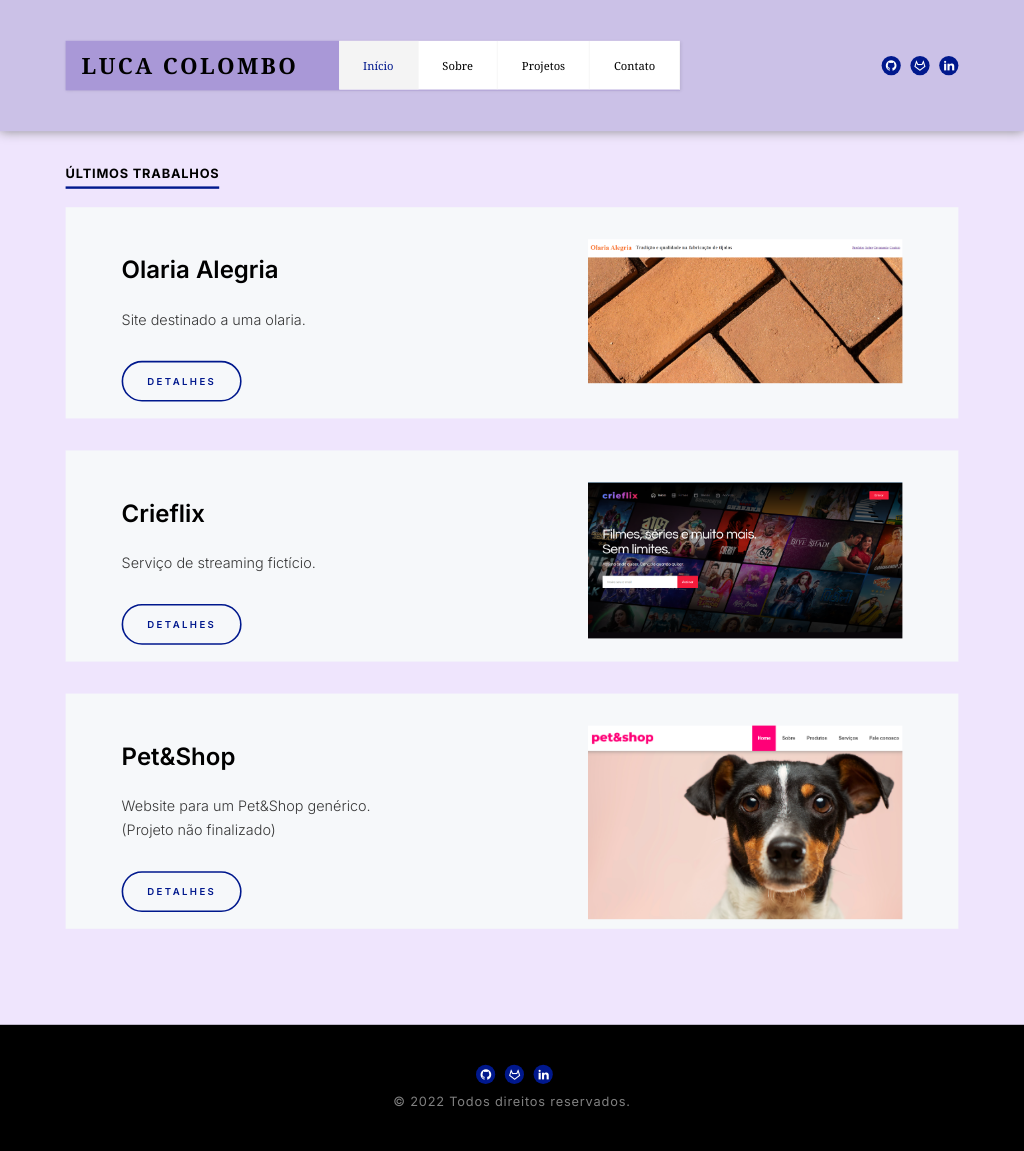
Repository: lxcxcxlxmb/portfolio
Page: projetos.html
An editor plug-in stored every save of this project. The page is shown before and after the next save, followed by the edit.
The browser window is 1280 px wide. The pictures show the whole page, at 80% of full size.
The pointer rests on the first visible `.header li a`.

Above is the page before, as saved 2022-05-25 22:42:49.

### projetos.html
<!doctype html>
<html lang="pt-BR">

<head>
  <!-- Required meta tags -->
  <meta charset="utf-8">
  <meta name="viewport" content="width=device-width, initial-scale=1">
  <!-- Google Fots -->
  <link rel="preconnect" href="https://fonts.googleapis.com">
  <link rel="preconnect" href="https://fonts.gstatic.com" crossorigin>
  <link href="https://fonts.googleapis.com/css2?family=Inter:wght@100;200;300;400;500;600;700;800;900&display=swap"
    rel="stylesheet">
  <!-- Remixicon Icon -->
  <link href="https://cdn.jsdelivr.net/npm/remixicon@2.5.0/fonts/remixicon.css" rel="stylesheet">
  <!-- Remixicon Icon -->
  <!-- Bootstrap CSS -->
  <link href="https://cdn.jsdelivr.net/npm/bootstrap@5.0.2/dist/css/bootstrap.min.css" rel="stylesheet"
    integrity="sha384-EVSTQN3/azprG1Anm3QDgpJLIm9Nao0Yz1ztcQTwFspd3yD65VohhpuuCOmLASjC" crossorigin="anonymous">
  <link href="https://unpkg.com/aos@2.3.1/dist/aos.css" rel="stylesheet">
  <!-- Main CSS -->
  <link href="styles.css" rel="stylesheet">
  <link rel="stylesheet" href="reset.css">
  <link type="image/svg" sizes="16x16" rel="icon" href="euicon.png">

  <title>projetos</title>
</head>

<body>

  <!-- header -->
  <header class="ds-header" id="site-header">
    <div class="container">
      <div class="ds-header-inner">
        <!-- logo -->
        <a href="index.html" class="ds-logo">
          <span>L</span>Luca Colombo
        </a>
        <!-- logo -->
        <!--<div>
                <nav>
                    <ul>
                      <li class="ds-navbar"><a href="index.html" class="activ">Início</a></li>
                      <li class="ds-navbar"><a href="sobre.html" class="inactiv">Sobre</a></li>
                      <li class="ds-navbar"><a href="projetos.html" class="inactiv">Projetos</a></li>
                      <li class="ds-navbar"><a href="contato.html" class="inactiv">Fale comigo</a></li>
                    </ul>
                </nav>
            </div>-->
        <div class="header">
          <a href="index.html" class="logo">Luca Colombo</a>
          <input class="menu-btn" type="checkbox" id="menu-btn" />
          <label class="menu-icon" for="menu-btn"><span class="navicon"></span></label>
          <ul class="menu">
            <li><a href="index.html">Início</a></li>
            <li><a href="sobre.html">Sobre</a></li>
            <li><a href="projetos.html">Projetos</a></li>
            <li><a href="contato.html">Contato</a></li>
          </ul>
        </div>
        <!-- social -->
        <ul class="ds-social">
          <li><a href="https://github.com/lxcxcxlxmb" target="_blank"><i class="ri-github-fill"></i></a></li>
          <li><a href="https://gitlab.com/lxcxcxlxmbx" target="_blank"><i class="ri-gitlab-line"></i></a></li>
          <li><a href="https://www.linkedin.com/in/luca--colombo/" target="_blank"><i class="ri-linkedin-fill"></i></a>
          </li>
        </ul>
              <!-- social -->
      </div>
    </div>
  </header>
  <!--  Work -->
  <br>
  <br>
  <div class="ds-work-section">
    <div class="container">
      <h2 class="ds-headingproj">Últimos trabalhos</h2>
      <div class="ds-work-list-section">
        <div class="ds-work-list">
          <div class="row">
            <div class="col-12 col-sm-12 col-md-7 col-lg-7 col-xl-7 col-xxl-7">
              <section>
                <h3 class="ds-work-tilte">Olaria Alegria</h3>
                <p>Site destinado a uma olaria. </p>
                <a href="http://177.44.248.48/olaria/" class="ds-button">Detalhes</a>
                <br>
                <br>
              </section>
            </div>
            <div class="col-12 col-sm-12 col-md-5 col-lg-5 col-xl-5 col-xxl-5">
              <figure><img src="olaria.png"></figure>
            </div>
          </div>
        </div>
        <div class="ds-work-list">
          <div class="row">
            <div class="col-12 col-sm-12 col-md-7 col-lg-7 col-xl-7 col-xxl-7">
              <section>
                <h3 class="ds-work-tilte">Crieflix</h3>
                <p>Serviço de streaming fictício. </p>
                <a href="http://177.44.248.48/crieflix/" class="ds-button">Detalhes</a>
                <br>
                <br>
              </section>
            </div>
            <div class="col-12 col-sm-12 col-md-5 col-lg-5 col-xl-5 col-xxl-5">
              <figure><img src="crieflix.png"></figure>
            </div>
          </div>
        </div>
        <div class="ds-work-list">
          <div class="row">
            <div class="col-12 col-sm-12 col-md-7 col-lg-7 col-xl-7 col-xxl-7">
              <section>
                <h3 class="ds-work-tilte">Pet&Shop</h3>
                <p>Website para um Pet&Shop genérico.<br>(Projeto não finalizado)</p>
                <a href="http://177.44.248.48/petshop/" class="ds-button">detalhes</a>
                <br>
                <br>
              </section>
            </div>
            <div class="col-12 col-sm-12 col-md-5 col-lg-5 col-xl-5 col-xxl-5">
              <figure><img src="petshop.png"></figure>
            </div>
          </div>
        </div>
      </div>
    </div>
  </div>
  <!--  Work -->
  <footer class="ds-footer text-center">
    <div class="container">
      <section>
        <ul class="ds-social">
          <li><a href="https://github.com/lxcxcxlxmb" target="_blank"><i class="ri-github-fill"></i></a></li>
          <li><a href="https://gitlab.com/lxcxcxlxmbx" target="_blank"><i class="ri-gitlab-line"></i></a></li>
          <li><a href="https://www.linkedin.com/in/luca--colombo/" target="_blank"><i class="ri-linkedin-fill"></i></a>
          </li>
        </ul>
      </section>
      <span class="ds-copyright">© 2022 Todos direitos reservados.</span>
    </div>
  </footer>

</body>

</html>

### styles.css
/*
Theme Name: Jason Stroff

  1. >>> Headr Style
  2. >>> Banner Style
  3. >>> About Style
  4. >>> Skills Style
  5. >>> Experience Style
  6. >>> Work Style
  7. >>> Footer Style

*/
/*--------------------------------------------------------------
>>> TABLE OF CONTENTS:
----------------------------------------------------------------*/
html {
	font-family: 'Inter', sans-serif;
	background-color: #EFE5FD
}

body {
	font-family: 'Inter', sans-serif;
	overflow-x: hidden;
	background-color: #EFE5FD;
	font-weight: 400;
	font-style: normal;
	color: #373737;
	font-size: 14px
}

a,
a:hover,
a:focus,
i,
input,
button,
input:focus,
.transition {
	text-decoration: none;
	outline: none;
	transition-delay: 0s;
	transition-duration: 0.4s;
	transition-property: all;
	transition-timing-function: ease;
	box-shadow: none;
}

a {
	color: #000
}

iframe {
	border: 0;
	outline: none;
}

::-moz-selection {
	background: #000;
	text-shadow: none;
	color: #FFF
}

::selection {
	background: #000;
	text-shadow: none;
	color: #FFF
}

img {
	max-width: 100%;
	border: none;
	outline: none;
	height: auto;
}

input,
textarea {
	border-radius: 0;
	resize: none;
}

ul {
	padding: 0;
	margin: 0;
}

@font-face {
	font-family: 'Inter', sans-serif;
}

input:-webkit-autofill,
textarea:-webkit-autofill,
select:-webkit-autofill {
	background-color: transparent;
	background-image: none;
	color: #000;
}

/* 1.2 Typography */
h1,
h2,
h3,
h4,
h5,
h6 {
	font-family: 'Inter', sans-serif;
}

figure {
	margin: 0
}

svg,
img {
	max-width: 100%;
	height: auto;
}

/*-----------------------------------------------------------------
  1. >>> Headr Style
----------------------------------------------------------------*/
.ds-header {
	position: relative;
	top: 0;
	width: 100%;
	z-index: 5;
	background-color: #CBC1E7;
	padding: 70px 0;
	transition-delay: 0s;
	transition-duration: 0.4s;
	transition-property: all;
	transition-timing-function: ease;
	box-shadow: 0 0 1em #858585;
	display: flex;
	align-items: center;
	justify-content: space-between;
}

.ds-header.ds-fixed-header {
	padding: 20px 0;
	box-shadow: 0px 0px 20px rgba(0, 0, 0, 0.25);
}

.ds-header-inner {
	display: flex;
	justify-content: space-between;
	align-items: center;
}

.logo {
	font-family:Georgia, 'Times New Roman', Times, serif;
	text-transform: uppercase;
	font-weight: bold;
	font-size: 18px;
	letter-spacing: 3px;
	color: #000;
	display: flex;
	align-items: center;
	flex-wrap: nowrap;
}

.logo span {
	display: flex;
	align-items: center;
	justify-content: center;
	width: 40px;
	height: 40px;
	background-color: #000;
	border-radius: 4px;
	color: #FFF;
	font-size: 22px;
	font-weight: 600;
	text-align: center;
}

.logo:hover {
	color: #00188D;
}

.ds-social {
	list-style: none;
	display: flex;
	align-items: center;
	flex-wrap: wrap;
}

.ds-social li {
	margin-left: 12px;
}

.ds-social li:first-child {
	margin-left: 0;
}

.ds-social li a {
	border-radius: 100%;
	color: #FFF;
	width: 24px;
	height: 24px;
	background-color: #00188D;
	display: flex;
	justify-content: center;
	align-items: center;
	text-align: center;
	font-size: 16px;
}

.ds-social li a:hover {
	background-color: #000;
	color: #FFF;
}

/*.ds-navbar {
	display: inline-block;
	color: #373737;
	font-size: 16px;
	padding: 10px 20px;
	background-color: #FFF;
	margin-right: 15px;
	margin-bottom: 15px;
	margin-top: 15px;
	font-weight: 500;
}*/


.header {
	background-color: #A998D7;
	box-shadow: 1px 1px 4px 0 rgba(0,0,0,.1);
	position: absolute;
	align-items: center;
	vertical-align: middle;
	width: 60%;
	z-index: 3;
  }

  .header ul {
	margin: 0;
	padding: 0;
	font-family:Georgia, 'Times New Roman', Times, serif;
	list-style: none;
	overflow: hidden;
	background-color: #fff;
  }

  .header li a {
	display: block;
	padding: 20px 20px;
	border-right: 1px solid #f4f4f4;
	text-decoration: none;
  }

  .header li a:hover,
  .header .menu-btn:hover {
	background-color: #f4f4f4;
	color: #00188D;
  }

  .header .logo {
	display: block;
	float: left;
	font-size: 2em;
	padding: 10px 20px;
	text-decoration: none;
  }

  /* menu */

  .header .menu {
	clear: both;
	max-height: 0;
	transition: max-height .2s ease-out;
  }

  /* menu icon */

  .header .menu-icon {
	cursor: pointer;
	display: inline-block;
	float: right;
	padding: 28px 20px;
	position: relative;
	user-select: none;
  }

  .header .menu-icon .navicon {
	background: #333;
	display: block;
	height: 2px;
	position: relative;
	transition: background .2s ease-out;
	width: 18px;
  }

  .header .menu-icon .navicon:before,
  .header .menu-icon .navicon:after {
	background: #333;
	content: '';
	display: block;
	height: 100%;
	position: absolute;
	transition: all .2s ease-out;
	width: 100%;
  }

  .header .menu-icon .navicon:before {
	top: 5px;
  }

  .header .menu-icon .navicon:after {
	top: -5px;
  }

  /* menu btn */

  .header .menu-btn {
	display: none;
  }

  .header .menu-btn:checked ~ .menu {
	max-height: 240px;
  }

  .header .menu-btn:checked ~ .menu-icon .navicon {
	background: transparent;
  }

  .header .menu-btn:checked ~ .menu-icon .navicon:before {
	transform: rotate(-45deg);
  }

  .header .menu-btn:checked ~ .menu-icon .navicon:after {
	transform: rotate(45deg);
  }

  .header .menu-btn:checked ~ .menu-icon:not(.steps) .navicon:before,
  .header .menu-btn:checked ~ .menu-icon:not(.steps) .navicon:after {
	top: 0;
  }

  /* 48em = 768px */

  @media (min-width: 48em) {
	.header li {
	  float: left;
	}
	.header li a {
	  padding: 20px 30px;
	}
	.header .menu {
	  clear: none;
	  float: right;
	  max-height: none;
	}
	.header .menu-icon {
	  display: none;
	}
  }

/*-----------------------------------------------------------------
  2. >>> Banner Style
----------------------------------------------------------------*/
.ds-banner section {
	padding-left: 70px;
	padding-right: 00px;
}

.ds-banner section h1 span {
	display: block;
	text-transform: uppercase;
	letter-spacing: 1px;
	font-weight: 500;
	font-size: 16px;
	padding-top: 30px;
}

.ds-banner section h1 {
	font-weight: 600;
	font-size: 48px;
	line-height: 60px;
	color: #000;
}

.ds-numbervalulist {
	list-style: none;
	display: flex;
	align-items: center;
	flex-wrap: wrap;
	margin: 0;
	padding: 0;
	margin-top: 60px;
}

.ds-numbervalulist li {
	margin-right: 60px;
}

.ds-numbervalulist li:last-child {
	margin-right: 0;
}

.ds-numbervalulist strong {
	display: block;
	color: #00188D;
	font-size: 36px;
	font-weight: 800;
}

.ds-numbervalulist span {
	font-size: 16px;
	letter-spacing: 1px;
}

/*-----------------------------------------------------------------
  3. >>> About Style
----------------------------------------------------------------*/
.ds-about-section {
	padding-top: 60px;
	padding-bottom: 0px;
}

.ds-heading {
	display: inline-block;
	font-weight: 700;
	color: #000;
	text-transform: uppercase;
	letter-spacing: 1px;
	font-size: 16px;
	border-bottom: 3px solid #00188D;
	padding-bottom: 7px;
	margin-bottom: 23px;
}

.ds-headingproj {
	display: inline-block;
	font-weight: 700;
	color: #000;
	text-transform: uppercase;
	letter-spacing: 1px;
	font-size: 16px;
	border-bottom: 3px solid #00188D;
	padding-bottom: 7px;
	margin-bottom: 23px;
}

.ds-about-section p {
	color: #373737;
	font-size: 24px;
	line-height: 40px;
	font-weight: 300;
	margin-bottom: 60px;
}

.ds-button {
	display: inline-block;
	text-transform: uppercase;
	font-size: 12px;
	line-height: 13px;
	font-weight: 600;
	letter-spacing: 3px;
	color: #00188D;
	padding: 17px 30px;
	border: 2px solid #00188D;
	border-radius: 60px;
}

.ds-button:hover {
	background-color: #00188D;
	color: #FFF;
}

.ds-arrow-button i {
	display: inline-block;
	vertical-align: middle;
}

/*-----------------------------------------------------------------
  4. >>> Skills Style
----------------------------------------------------------------*/
.ds-skills-section {
	padding-bottom: 105px;
}

.ds-skills-list {
	list-style: none;
	padding: 0;
	margin: 0;
	display: flex;
	flex-wrap: wrap;
	align-items: center;
	margin-top: 11px;
}

.ds-skills-list li {
	display: inline-block;
	color: #373737;
	font-size: 16px;
	padding: 10px 20px;
	background-color: #FFF;
	border: 1px solid #D7D7D7;
	border-radius: 27px;
	margin-right: 15px;
	margin-bottom: 15px;
	font-weight: 500;
}

/*-----------------------------------------------------------------
  5. >>> Experience Style
----------------------------------------------------------------*/
.ds-experience-section {
	padding-bottom: 120px;
}

.ds-experience-list section {
	padding-right: 70px;
}

.ds-experience-list {
	padding-top: 15px;
}

.ds-officename {
	font-size: 24px;
	font-weight: 300;
	margin-bottom: 10px;
}

.ds-experience-list span {
	display: block;
}

span.ds-year {
	color: #373737;
	font-size: 14px;
	font-weight: 700;
	padding-bottom: 10px;
}

span.ds-department {
	color: #373737;
	font-weight: 500;
	font-size: 18px;
	padding-bottom: 30px;
}

.ds-experience-list p {
	font-size: 16px;
	line-height: 24px;
	font-weight: 300;
}

.ds-experience-list ul {
	list-style: none;
	padding: 0;
	margin: 0;
	padding-top: 10px;
}

.ds-experience-list ul li {
	font-size: 16px;
	line-height: 24px;
	font-weight: 300;
	padding-left: 28px;
	position: relative;
	margin-bottom: 20px;
}

.ds-experience-list ul li:before {
	content: "";
	position: absolute;
	left: 0;
	top: 10px;
	border-radius: 100%;
	width: 8px;
	height: 8px;
	background-color: #373737;
}

/*-----------------------------------------------------------------
  6. >>> Work Style
----------------------------------------------------------------*/
.ds-work-section {
	padding-bottom: 80px;
}

.ds-work-list {
	padding-left: 70px;
	padding-top: 40px;
	padding-right: 70px;
	background-color: #F6F8FA;
	margin-bottom: 40px;
}

.ds-work-list section {
	padding-top: 20px;
	padding-right: 120px;
}

.ds-work-tilte {
	color: #000;
	font-size: 30px;
	line-height: 36px;
	font-weight: 600;
	margin-bottom: 30px;
}

.ds-work-list p {
	font-weight: 300;
	font-size: 18px;
	line-height: 30px;
}

.ds-work-list .ds-button {
	margin-top: 20px;
}

.ds-work-det-hed {
	padding-top: 42px;
	padding-bottom: 80px;
}

.ds-work-det-title {
	font-weight: 600;
	color: #000;
	font-size: 48px;
	margin-bottom: 20px;
}

.ds-work-det-dep {
	display: block;
	font-weight: 600;
	color: #000;
	font-size: 18px;
}

.ds-work-content-sec {
	padding: 100px 0;
}

.ds-work-content-sec p {
	font-size: 18px;
	line-height: 36px;
	margin-bottom: 30px;
}

.ds-work-content-sec h2 {
	font-size: 30px;
	font-weight: 700;
	margin-bottom: 30px;
}

.ds-work-content-sec ul {
	list-style: none;
	padding: 0;
	margin: 0;
}

.ds-work-content-sec li {
	font-size: 18px;
	line-height: 36px;
	padding-left: 28px;
	position: relative;
	margin-bottom: 20px;
}

.ds-work-content-sec li:before {
	content: "";
	position: absolute;
	left: 0;
	top: 13px;
	border-radius: 100%;
	width: 8px;
	height: 8px;
	background-color: #373737;
}

/*-----------------------------------------------------------------
  7. >>> Footer Style
----------------------------------------------------------------*/
.ds-footer {
	background-color: #000;
	padding: 50px 0;
}

.ds-footer section {
	padding-bottom: 10px;
}

.ds-footer section span {
	color: rgba(255, 255, 255, 0.5);
	text-transform: uppercase;
	font-weight: 700;
	font-size: 16px;
	letter-spacing: 1px;
	display: block;
	padding-bottom: 20px;
}

.ds-footer section h4 {
	color: #FFF;
	font-size: 48px;
	font-weight: 700;
}

.ds-footer section p {
	letter-spacing: 1.13px;
	color: #FFF;
	font-size: 18px;
	margin-bottom: 40px;
}

.ds-footer ul {
	margin-left: 46%;
}

.ds-copyright {
	color: rgba(255, 255, 255, 0.5);
	letter-spacing: 1px;
	font-size: 16px;
}

.ds-copyright a {
	color: rgba(255, 255, 255, 0.5);
}

.ds-copyright a:hover {
	color: #00188D;
}



/*-------------------------------------------------------------------------------
 Responsive XS Style @media (max-width: 767px)
-------------------------------------------------------------------------------*/
@media (max-width: 768px) {

	.ds-header,
	.ds-header.ds-fixed-header {
		padding: 15px 0;
	}

	.ds-banner,
	.ds-about-section,
	.ds-skills-section,
	.ds-experience-section,
	.ds-work-section,
	.ds-work-details-section {
		padding-left: 10px;
		padding-right: 10px;
	}

	/*.ds-logo {
		font-size: 0;
	}*/

	.ds-banner figure {
		padding: 30px 0;
	}

	.ds-banner section {
		padding-left: 0;
		padding-right: 0;
	}

	.ds-banner section h1 span {
		padding-bottom: 0;
	}

	.ds-banner section h1,
	.ds-work-det-title {
		font-size: 30px;
		line-height: 40px;
	}

	.ds-numbervalulist {
		margin-top: 20px;
	}

	.ds-numbervalulist li {
		margin-right: 30px;
	}

	.ds-numbervalulist strong {
		font-size: 30px;
	}

	.ds-numbervalulist span {
		font-size: 14px;
	}

	.ds-about-section {
		padding-bottom: 60px;
	}

	.ds-about-section p,
	.ds-work-content-sec p,
	.ds-work-content-sec li {
		font-size: 15px;
		line-height: 30px;
		margin-bottom: 0px;
	}

	.ds-skills-list li {
		margin-right: 10px;
		margin-bottom: 10px;
		font-size: 14px;
	}

	.ds-skills-section .col-12,
	.ds-experience-list .col-12 {
		margin-bottom: 40px;
	}

	.ds-skills-section,
	.ds-work-section,
	.ds-experience-section {
		padding-bottom: 0;
	}

	.ds-experience-list section {
		padding-right: 0;
	}

	.ds-work-list {
		padding: 30px;
	}

	.ds-work-list p {
		font-size: 15px;
		line-height: 30px;
	}

	.ds-footer {
		padding: 60px 10px;
	}

	.ds-footer section h4 {
		font-size: 40px;
	}

	.ds-copyright {
		font-size: 14px;
	}

	.ds-footer section {
		padding-bottom: 30px;
	}

	.ds-footer ul {
		margin-left: 36%;
	}

	.ds-button {
		padding: 11px 10px;
	}

	.ds-work-details-section {
		padding-top: 30px;
	}

	.ds-work-det-title {
		margin-bottom: 7px;
	}

	.ds-work-content-sec h2 {
		font-size: 20px;
	}

	.ds-work-content-sec {
		padding: 30px 0;
	}

	.ds-work-list section {
		padding-right: 0;
		padding-bottom: 30px;
	}

	.ds-headingproj {
		margin-top: 30px;
	}
}

@media (min-width: 768px) and (max-width: 991px) {
	.ds-work-list section {
		padding-right: 30px;
	}

}

@media (min-width: 992px) and (max-width: 1199px) {
	.ds-banner section {
		padding-right: 0;
	}

	.ds-work-list section {
		padding-right: 30px;
		padding-bottom: 60px;
	}


}


form {
    margin-left:50px;
    margin-right: 50px;
  }

.form-item {
	box-sizing: border-box;
	width: 100%;
	min-height: 30px;
	margin-bottom: 20px;
	border-radius: 5px;
	opacity: 50%;
	border-width: 1px;
}

input:focus {
    outline: none;
      border: 2px solid #00188D;
  }

  .link a:hover {
	color: #00188D;
}

### reset.css
/*
html, body, div, span, applet, object, iframe,
h1, h2, h3, h4, h5, h6, p, blockquote, pre,
a, abbr, acronym, address, big, cite, code,
del, dfn, em, img, ins, kbd, q, s, samp,
small, strike, strong, sub, sup, tt, var,
b, u, i, center,
dl, dt, dd, ol, ul, li,
fieldset, form, label, legend,
table, caption, tbody, tfoot, thead, tr, th, td,
article, aside, canvas, details, embed,
figure, figcaption, footer, header, hgroup,
menu, nav, output, ruby, section, summary,
time, mark, audio, video {
	margin: 0;
	padding: 0;
	border: 0;
	font-size: 100%;
	font: inherit;
	vertical-align: baseline;
}
/* HTML5 display-role reset for older browsers */
/*
article, aside, details, figcaption, figure,
footer, header, hgroup, menu, nav, section {
	display: block;
}
body {
	line-height: 1;
}
ol, ul {
	list-style: none;
}
blockquote, q {
	quotes: none;
}
blockquote:before, blockquote:after,
q:before, q:after {
	content: '';
	content: none;
}
table {
	border-collapse: collapse;
	border-spacing: 0;
}*/

After the next save:
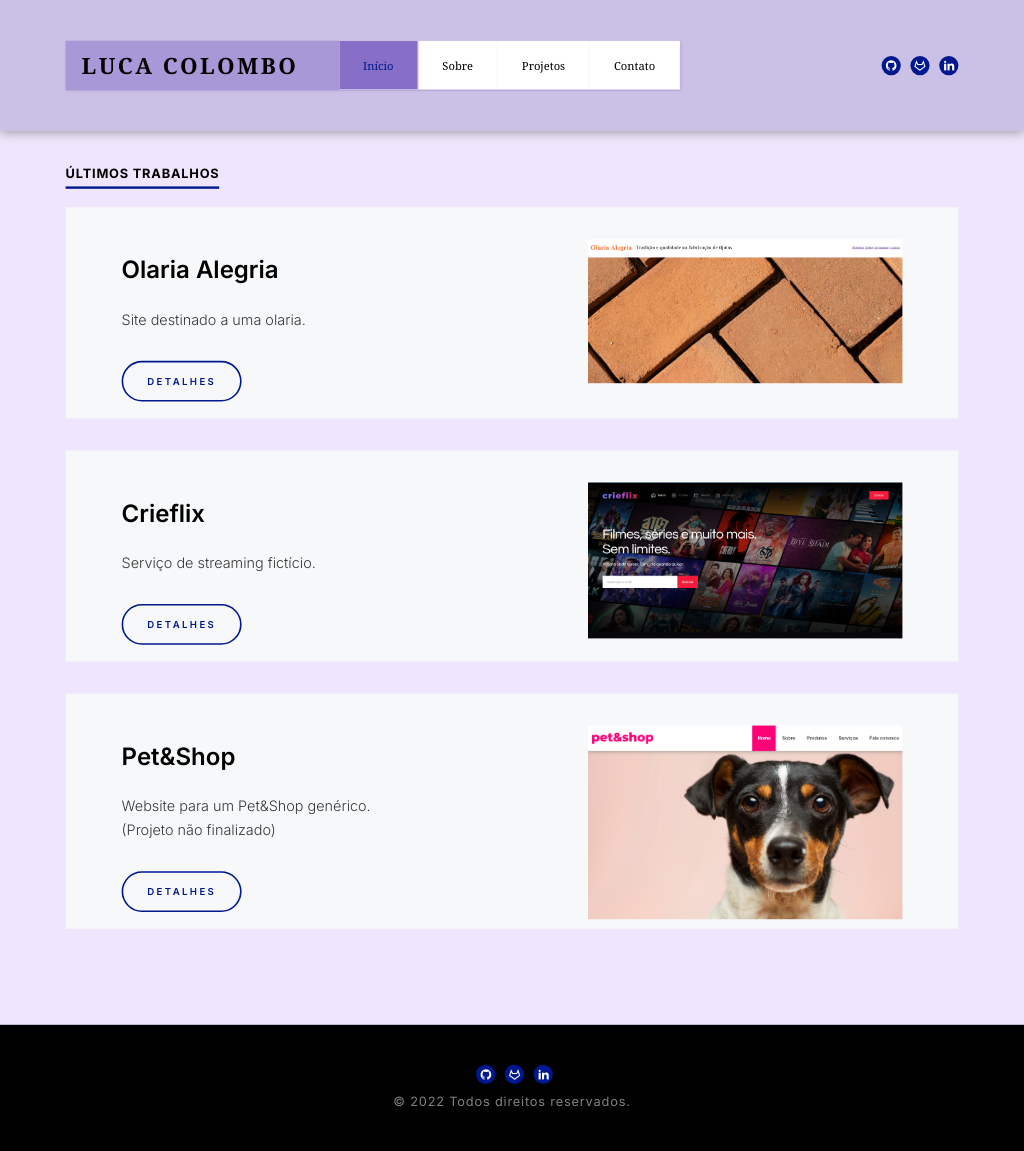
Saved 40 s later.
--- a/styles.css
+++ b/styles.css
@@ -251,7 +251,7 @@ img {
 
   .header li a:hover,
   .header .menu-btn:hover {
-	background-color: #f4f4f4;
+	background-color: #876FC8;
 	color: #00188D;
   }
 
